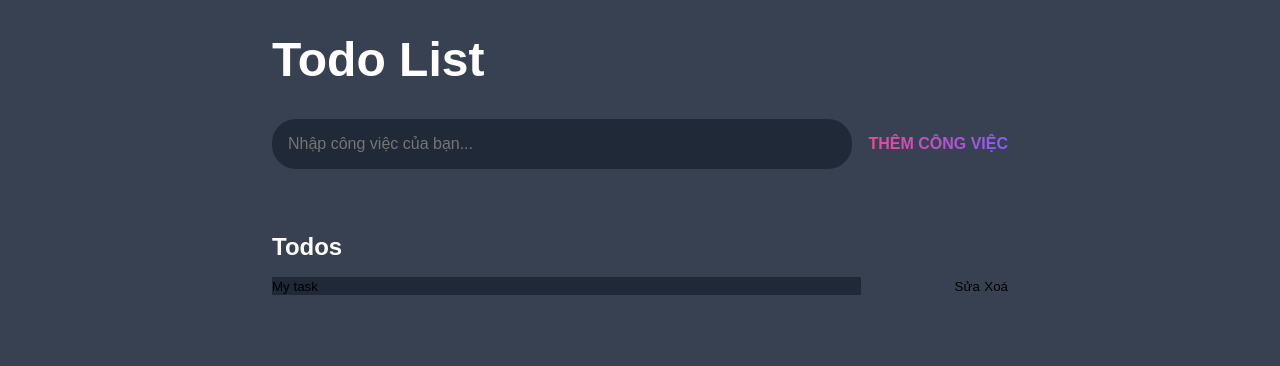
Repository: ntheanh/Todo-List
Page: index.html
These files come from the project's save history. The page is drawn as it stood at one moment and after the next save; the edit follows.
The browser window is 1280 px wide. The pictures show the whole page.
The style sheet was rebuilt from its Sass, Less or Tailwind sources for each picture, by a compiler version that may differ from the author's.

Above is the page before, as saved 2023-03-15 22:54:56.

After the next save:
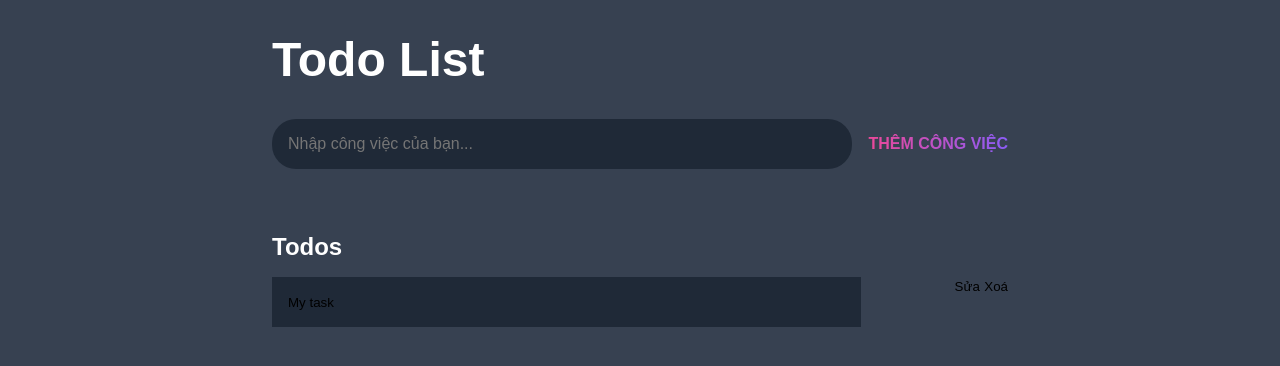
Saved 13 s later.
--- a/style.scss
+++ b/style.scss
@@ -90,6 +90,7 @@ main {
       .content {
         background: var(--darker);
         width: 80%;
+        padding: 1rem;
       }
     }
   }
